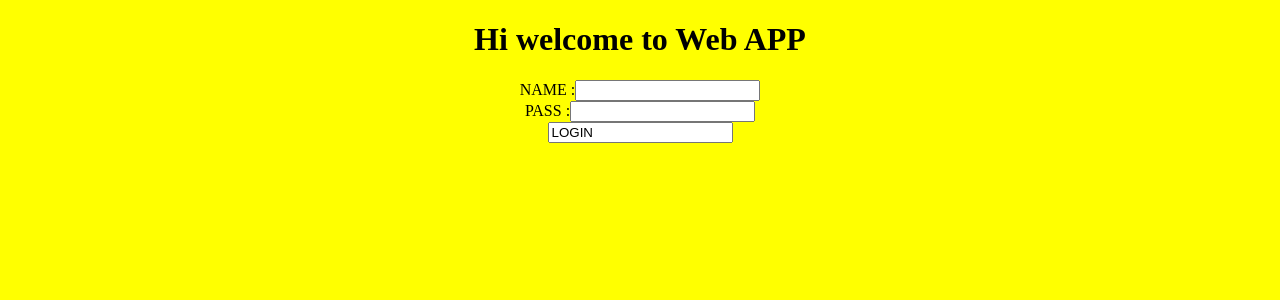
Repository: Thaneshwara848/TCS_B1
Page: webDemo5/src/main/webapp/Login.html
These files come from the project's save history. The page is drawn as it stood at one moment and after the next save; the edit follows.
The browser window is 1280 px wide. The pictures show the whole page.

Above is the page before, as saved 2022-11-14 05:37:27.

### webDemo5/src/main/webapp/Login.html
<!DOCTYPE html>
<html>
<head>
<meta charset="UTF-8">
<title>Insert title here</title>
</head>
<body bgcolor="yellow">

<center>
	<h1> Hi welcome to Web APP</h1>
	<form action="">
		NAME :<input type="text" name="username"><br>
		PASS :<input type="text" name="userpass"><br>
		<input type="text" value="LOGIN">
	</form>
</center>

</body>
</html>

After the next save:
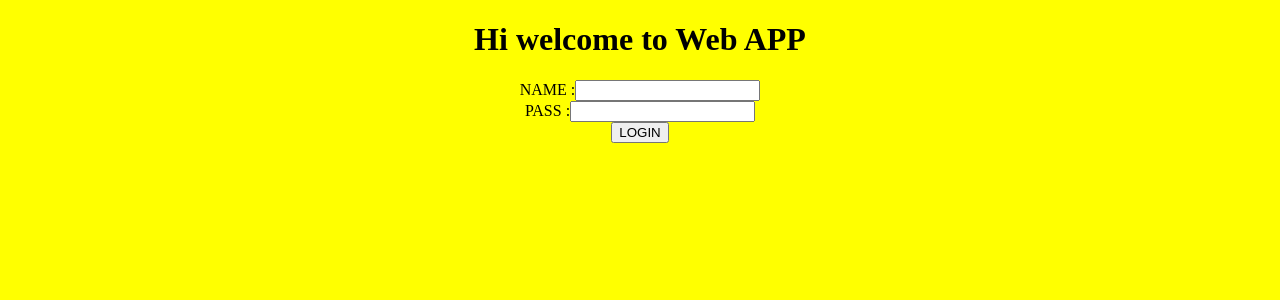
Saved 23 s later.
--- a/webDemo5/src/main/webapp/Login.html
+++ b/webDemo5/src/main/webapp/Login.html
@@ -11,7 +11,7 @@
 	<form action="">
 		NAME :<input type="text" name="username"><br>
 		PASS :<input type="text" name="userpass"><br>
-		<input type="text" value="LOGIN">
+		<input type="submit" value="LOGIN">
 	</form>
 </center>
 
